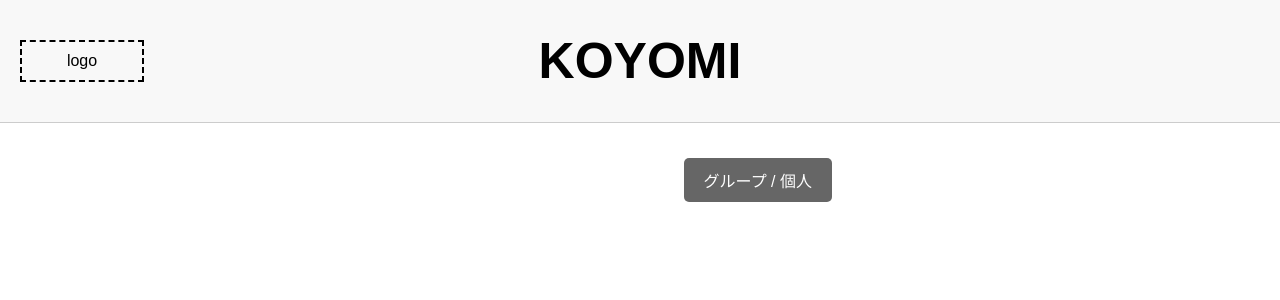
Repository: teramu0602/koyomi
Page: http://localhost/create_group
These files come from the project's save history. The page is drawn as it stood at one moment and after the next save; the edit follows.
The browser window is 1280 px wide. The pictures show the whole page.
Some web fonts or font styles are not loaded; a fallback is used. The page is served by the project's Laravel application, run on PHP 8.4 with Laravel 9. Other server files are loaded and not shown. Style sheets and scripts are compiled from the project's sources, by tool versions that may differ from the author's.

Above is the page before, as saved 2025-02-23 19:49:54.

### routes/web.php
<?php

use Illuminate\Support\Facades\Route;
use App\Http\Controllers\CalendarController;
use App\Http\Controllers\PostController;
use App\Http\Controllers\Auth\LoginController;



/*
|--------------------------------------------------------------------------
| Web Routes
|--------------------------------------------------------------------------
|
| Here is where you can register web routes for your application. These
| routes are loaded by the RouteServiceProvider within a group which
| contains the "web" middleware group. Now create something great!
|
*/

Route::get('/', function () {
    return view('welcome');
});

Route::get('/admin', function () {
    return view('layouts/admin');
});

Route::get('/admin/home', function () {
    return view('calender/home');
});

Route::get('/custom-login', [LoginController::class, 'showLoginForm'])->name('custom.login');
Route::post('/custom-login', [LoginController::class, 'login'])->name('custom.login.submit');
Route::get('/custom-login', function () {
    return view('admin/login');
});

Route::get('/signup', function () {
    return view('admin/signup');
});
Auth::routes();

Route::get('/home', [App\Http\Controllers\HomeController::class, 'index'])->name('home');



Route::get('/calendar', function () {
    return view('calender/calendar');
})->name('calendar');

Route::get('/calendar/{year}/{month}', [CalendarController::class, 'show'])->name('calendar.show');
Route::get('/admin/home/{year}/{month}', [CalendarController::class, 'showAdmin'])->name('calendar.admin.show');

Route::get('/admin/home', [CalendarController::class, 'index']);

Route::get('/common', function () {
    return view('admin/calendar_common');
});

Route::get('/grouplist', function () {
    return view('admin/group_list');
});

Route::get('/create_group', function () {
    return view('admin/create_group');
});

### resources/views/admin/create_group.blade.php
@extends('admin.calendar_common')

### resources/views/admin/calendar_common.blade.php
@extends('layouts.admin_calender')
@section('title', 'common')
<head>
<link href="{{ asset('css/common.admin.css') }}" rel="stylesheet">
</head>

@section('content')
<div class = "container">
<button class="switch_button" onclick="toggleMode()">グループ / 個人</button>
</div>

@endsection

### resources/views/layouts/admin_calender.blade.php
<!DOCTYPE html>
<html lang="{{ app()->getLocale() }}">
    <head>
        <meta charset="utf-8">
        <meta http-equiv="X-UA-Compatible" content="IE=edge">
        <meta name="viewport" content="width=device-width, initial-scale=1">
        <meta name="csrf-token" content="{{ csrf_token() }}">

        <title>@yield('title')</title>

        <script src="{{ asset('js/app.js') }}" defer></script>

        <link rel="dns-prefetch" href="https://fonts.gstatic.com">
        <link href="https://fonts.googleapis.com/css?family=Raleway:300,400,600" rel="stylesheet" type="text/css">

        <link href="{{ asset('css/admin.css') }}" rel="stylesheet">


    </head>

   <header>
        <div class="logo">logo</div>
        <h1 class="service-name">KOYOMI</h1>
        @yield('drop_menu')
    </header>

    <main>
    @yield('content')
    </main>
    <body>
    </body>

</html>

### public/css/common.admin.css
html, body {
    width: 100%;
    margin: 0; /* 不要なマージンを削除 */
    padding: 0; /* 不要なパディングを削除 */
}

.container {
    display: flex;
    justify-content: right; /* 水平中央に配置 */


}

button {

    border: none;
    border-radius: 5px;
    cursor: pointer;
    margin: 0!important;
    margin-top: 35px!important;
    margin-right: 448px!important;
    font-size: 16px;

    display: flex !important;
    justify-content: flex-end !important;
  }




.purple {
    color: orange;
}

.switch_button{
    display: flex ;
    justify-content: flex-end ;


}

### resources/sass/admin.scss
@charset "UTF-8";
body {
  font-family: Arial, sans-serif;
  text-align: center;
  margin: 0;
  padding: 0;
}

header {
  display: flex;
  justify-content: center;
  align-items: center;
  width: 100%;

  padding: 40px 0px 40px 0px;
  background-color: #f8f8f8;
  border-bottom: 1px solid #ccc;
}

.logo {
  border: 2px dashed black;
  padding: 10px;
  width: 100px;
  text-align: center;
  margin-right: auto;
  margin-left: 20px;
}

.service-name {
  font-size: 50px;
  position: absolute; /* ページ全体に対して中央配置 */
  left: 50%;
  transform: translateX(-50%); /* 画面の中央に配置 */
  text-align: center; /* 中央揃え */
}

main {
  margin-top: 0px;
  background: linear-gradient(to bottom, orange 0%, white 0%);
}

h2 {
  font-size: 22px;
  margin-bottom: 50px;
}

form {
  display: flex;
  flex-direction: column;
  align-items: center;
  gap: 10px;
}

label {
  font-weight: bold;
}

input {
  width: 300px;
  padding: 8px;
  border: 1px solid #ccc;
  border-radius: 4px;
}

button {
  background-color: #666;
  color: white;
  padding: 10px 20px;
  border: none;
  border-radius: 5px;
  cursor: pointer;
  margin-top: 35px;
  font-size: 16px;
}

button:hover {
  background-color: #444;
}

.login-link {
  margin-top: 40px;
  font-size: 14px;
  color: #555;
}

.checkbox {
  margin: 30px;
  display: flex; /* 横並びにする */
  align-items: center;
  margin-right: 170px;
}

.checkbox input[type=checkbox] {
  margin-right: 10px; /* チェックボックスとテキストの間隔 */
}

.remember {
  font-size: 14px;
}

input#remember {
  width: 10px; /* 幅を300pxに設定 */
  height: 20px; /* 高さを13pxに設定 */
}

.checkbox label {
  font-weight: normal;
}

table {
  width: 100%;
  border-collapse: collapse;
}

td {
  border: 1px solid grey;
  text-align: left; /* 左揃え */
  vertical-align: top; /* 上揃え */

  padding: 0px 0px 150px 0px;

}

th {
  background: white;
  text-align: center;
  padding: 10px;
}

.sunday {
  background: pink;
  color: red;
}

.red {
  color: red;
}

.saturday {
  background: pink;
  color: blue;
}

.blue{
  color: blue;
}

.next-month {
  background: #ccc;
  color: #666;
}

.month_toggle {
  text-decoration: none;
  color: black;
}

.nav-item {
  list-style: none;
  margin-right: 20px;
}

.pink {
  color: pink;
  background-color: purple;
}
.prev-month, .next-month {
  background: #ccc;
  color: #666;
}

.switch {
  background-color: orange;
  padding: 0px 0px 35px 0px;
  font-size: 20px;
}

.who {
  background-color: palegoldenrod;
  font-size: 20px;
  margin-right: 400px;
}

.switch_button{
  margin-left: 400px;
}

table {
  width: 80%; /* テーブルの幅を90%に設定 */
  margin-left: auto; /* 左側の空白 */
  margin-right: auto; /* 右側の空白 */
  margin-bottom: 50px;
}

Loaded but not shown: app/Http/Controllers/Auth/ConfirmPasswordController.php (common file); app/Http/Controllers/Controller.php (common file)

After the next save:
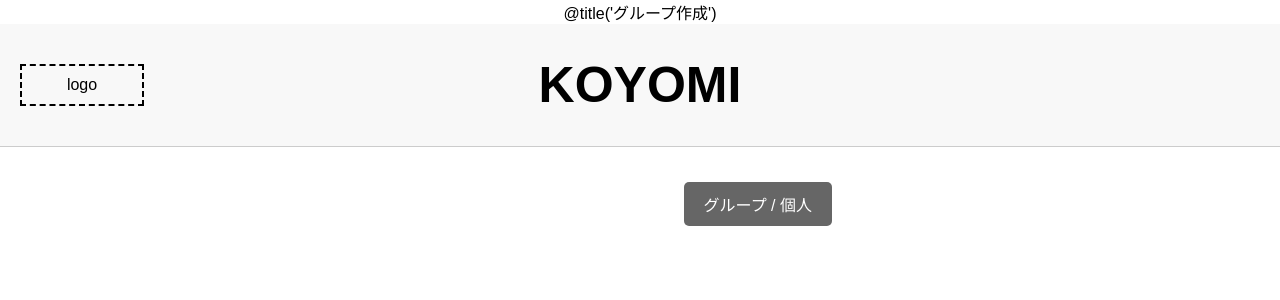
Saved 42 s later.
--- a/resources/views/admin/create_group.blade.php
+++ b/resources/views/admin/create_group.blade.php
@@ -1 +1,2 @@
 @extends('admin.calendar_common')
+@title('グループ作成')

After the save that followed:
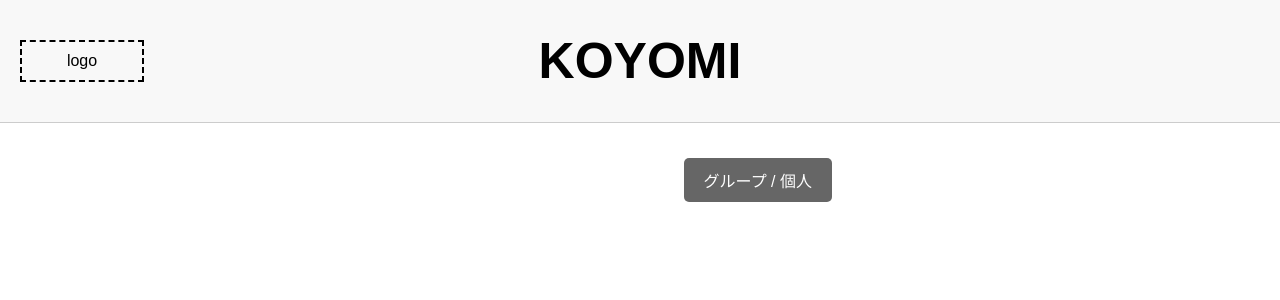
Saved 30 s later.
--- a/resources/views/admin/create_group.blade.php
+++ b/resources/views/admin/create_group.blade.php
@@ -1,2 +1,2 @@
 @extends('admin.calendar_common')
-@title('グループ作成')
+@section('title', 'グループ作成')
